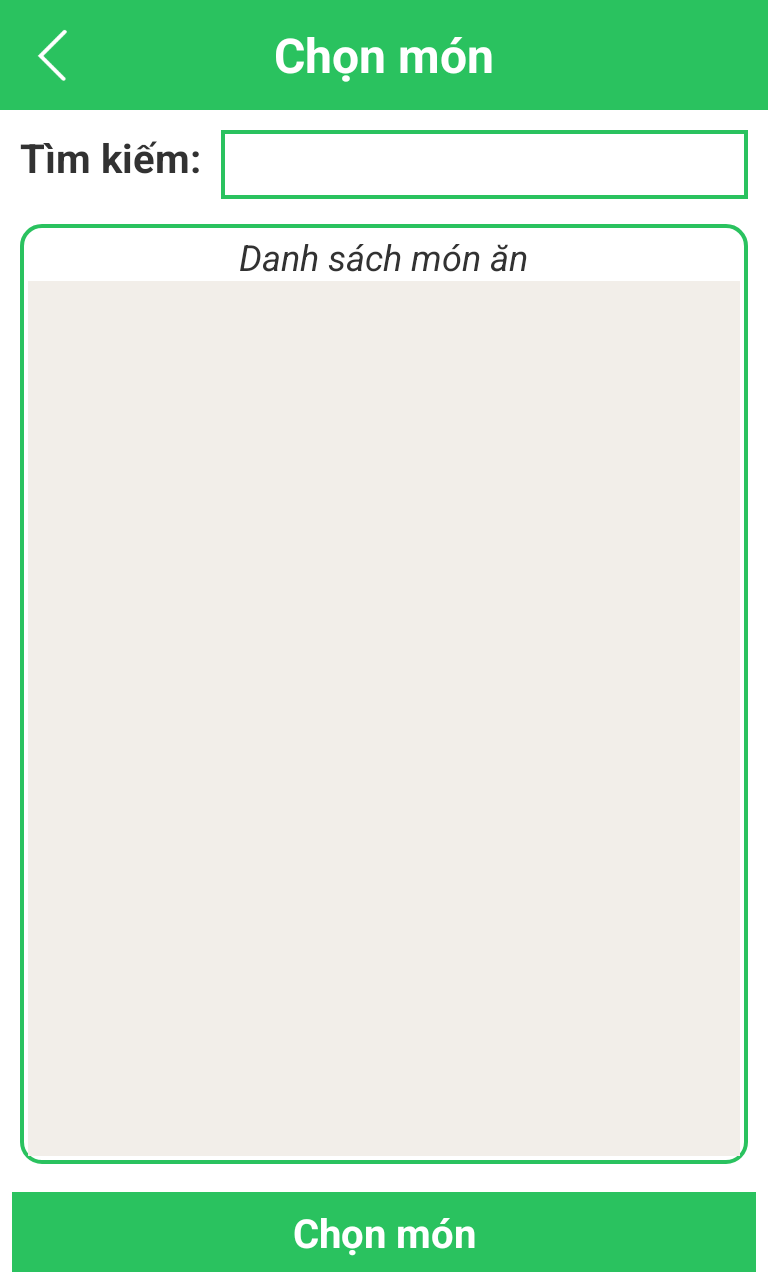
Repository: yenthanh132/Intelresment_AndroidClientApp
Layout: Intelresment/res/layout/activity_order.xml
These files come from the project's save history. The layout is drawn as it stood at one moment and after the next save; the edit follows.
It is drawn on a 768 x 1280 px phone screen (xhdpi) without system bars, with theme android:Theme.Holo.Light.NoActionBar; the app's code is not run. Lists and similar views that code fills are empty.

Above is the layout before, as saved 2014-12-28 09:08:52.

After the next save:
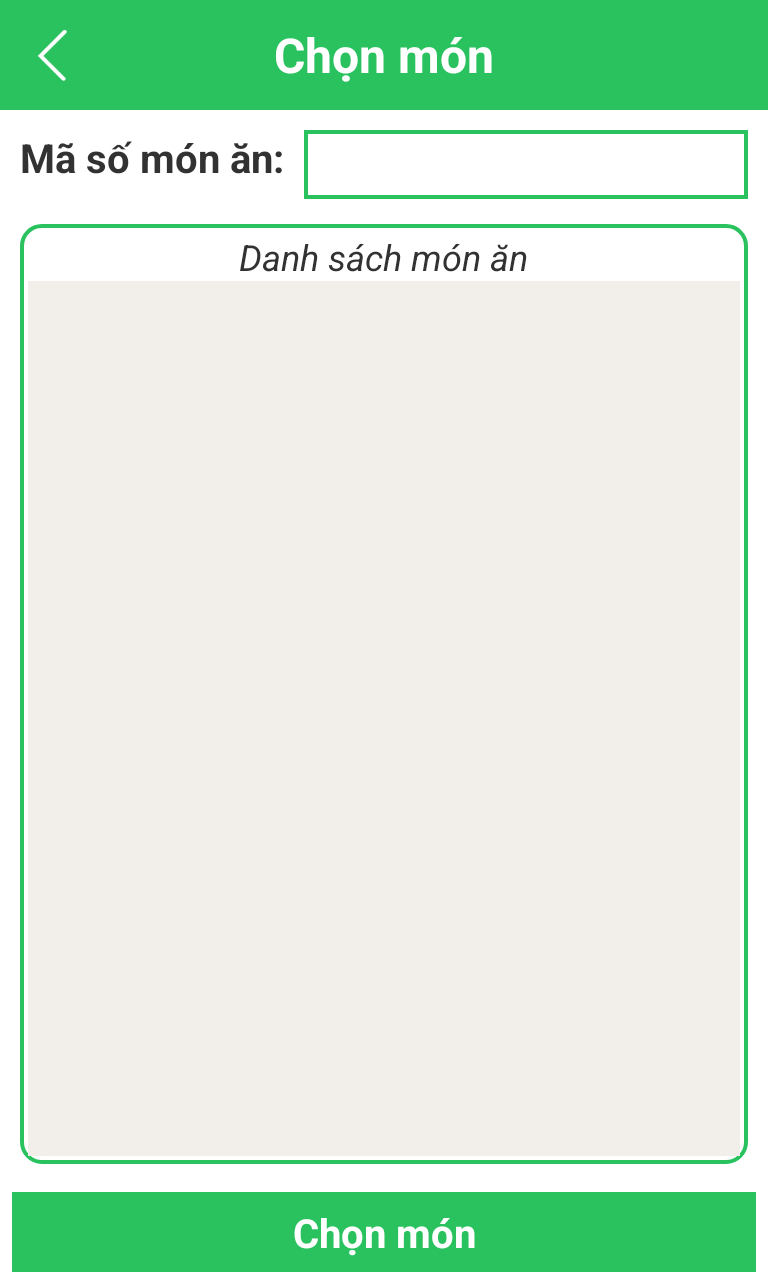
Saved 22 s later.
--- a/Intelresment/res/layout/activity_order.xml
+++ b/Intelresment/res/layout/activity_order.xml
@@ -41,7 +41,7 @@
             android:id="@+id/tvLabel2"
             android:layout_width="wrap_content"
             android:layout_height="wrap_content"
-            android:text="Tìm kiếm:"
+            android:text="Mã số món ăn:"
             android:textSize="20sp"
             android:textStyle="bold" />
 
